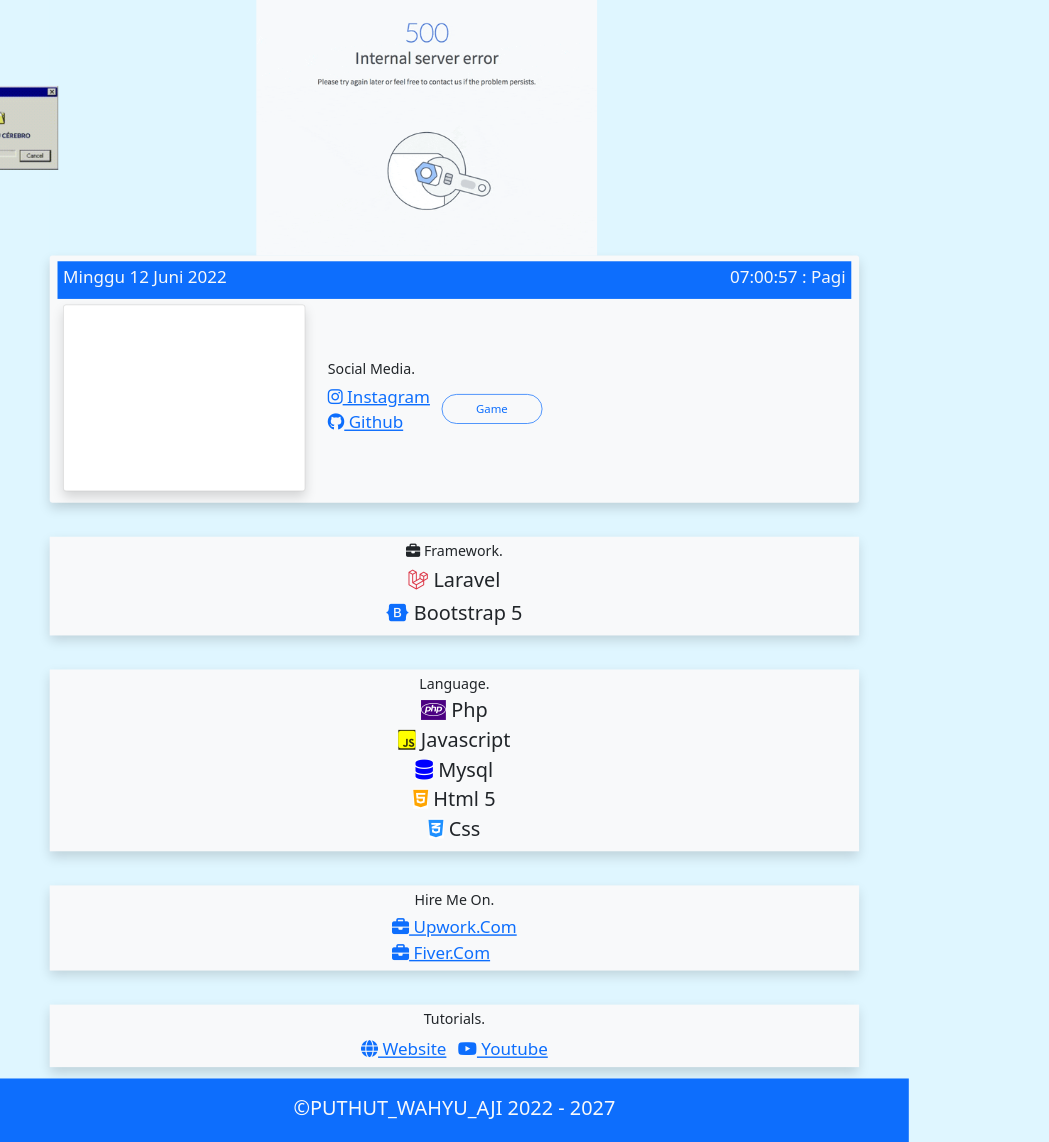
Repository: initer3737/initer3737.github.io
Page: index.html
The author's editor kept a copy of each file at every save. The page is drawn from the files as they stood at one save, then again after the next save.
The browser window is 1280 px wide. The page is 1477 px wide, so the pictures cover 1477 px, including what lies to the right of the window. The pictures show the whole page, at 71% of full size.
Pictures or frames that could not be fetched are drawn as grey boxes. Some web libraries are served in a nearby version.

Above is the page before, as saved 2022-06-12 07:47:14.

### index.html
<!DOCTYPE html>
<html lang="en">
<head>
    <meta charset="UTF-8">
    <meta http-equiv="X-UA-Compatible" content="IE=edge">
    <meta name="viewport" content="width=device-width, initial-scale=1.0">
    <title>puthut wahyu aji</title>
    <link href="https://cdn.jsdelivr.net/npm/bootstrap@5.0.2/dist/css/bootstrap.min.css" rel="stylesheet" integrity="sha384-EVSTQN3/azprG1Anm3QDgpJLIm9Nao0Yz1ztcQTwFspd3yD65VohhpuuCOmLASjC" crossorigin="anonymous">
    <script src="https://kit.fontawesome.com/7bb1ae10af.js" crossorigin="anonymous"></script>

    <link rel="stylesheet" href="css/style.css">
</head>
<body class="bg-1">
    <header class="container col-12 bg-1">
        <div class="col-12 col-md-6">
            <img src="img/giphy (1).gif" class="img-fluid col-12 col-md-6">
        </div>
        <div class="col-12 ">
            <img src="img/giphy.gif" class="img-fluid">
        </div>
    </header>
    <div class="container bg-light shadow rounded  d-flex flex-column gap-4 justify-content-center align-content-center align-items-center p-2">
        <div class="row d-flex align-content-center align-items-center">
            <div class="col-12">
               <div class="bg-primary text-capitalize d-flex justify-content-between">
                <p id="fulldate" class="h4 text-light p-2"></p>
                <p id="jam" class="h4 text-light p-2"></p>
               </div>
            </div>
            <div class="col-10 col-md-5 col-lg-4">
               <div class="card shadow m-2 p-1 position-relative">
                <video src="img/Earth - 4788.mp4" loop muted autoplay class="w-100 rounded-pill py-5 px-2"></video>
                <div class="filter2"></div>
               </div>
            </div>
            <div class="col-10 col-md-9 col-lg-8">
               <h5 class="text-capitalize">social media.</h5>
               <div class="d-flex flex-row align-content-center align-items-center gap-3">
                <div class="d-flex flex-column fs-4">
                    <a href="https://www.instagram.com/puthutwahyuaji/" target="_blank" class="text-capitalize"><i class="fa-brands fa-instagram"></i> instagram</a>
                    <!-- <a href="https://www.facebook.com/puthut.wahyuaji.94/" target="_blank" class="text-capitalize"><i class="fa-brands fa-facebook"></i> facebook</a>
                    <a href="https://twitter.com/puthut_wahkyu" target="_blank" class="text-capitalize"><i class="fa-brands fa-twitter"></i> twitter</a> -->
                    <!-- <a href="https://www.sololearn.com/profile/22926925" target="_blank" class="text-capitalize"><i class="fa-solid fa-globe"></i> sololearn</a> -->
                    <!-- <a href="https://www.duolingo.com/profile/PUTHUTWAHY" target="_blank" class="text-capitalize"><i class="fa-solid fa-globe"></i> duolingo</a> -->
                    <a href="https://github.com/initer3737" target="_blank" class="text-capitalize"><i class="fa-brands fa-github"></i> github</a>
                </div>
                <div class=""><a href="game.html" class="btn btn-outline-primary rounded-pill px-5 py-2">Game</a></div>
            </div>
            </div>
        </div>
    </div>
    <!-- https://www.fiverr.com/share/lYqN8j -->
    <div class="container bg-light shadow mt-5 d-flex flex-column gap-1 justify-content-center align-content-center align-items-center p-2">
        <h5><i class="fa-solid fa-briefcase"></i> framework.</h5>
            <h3><i class="fa-brands fa-laravel text-danger"></i> laravel</h3>
            <h3><i class="fa-brands fa-bootstrap text-primary"></i> bootstrap 5</h3>
        </div>
    </div>

    <div class="container bg-light shadow mt-5 d-flex flex-column  justify-content-center align-content-center align-items-center p-2">
        <h5>language.</h5>
            <h3><i class="fa-brands fa-php php"></i> php</h3>
            <h3><i class="fa-brands fa-js-square javascript"></i> javascript</h3>
            <h3><i class="fa-solid fa-database mysql"></i> mysql</h3>
            <h3><i class="fa-brands fa-html5 html"></i> html 5</h3>
            <h3><i class="fa-brands fa-css3-alt css"></i> css</h3>
        </div>

        <div class="container bg-light shadow mt-5 d-flex flex-column  justify-content-center align-content-center align-items-center p-2">
            <h5 class="capitalize">Hire me on.</h5>
            <div class="d-flex flex-column fs-4">
                <a href="https://www.upwork.com/workwith/puthutwahyuaji" target="_blank"><i class="fa-solid fa-briefcase"></i> upwork.com</a>
                <a href="https://www.fiverr.com/share/lYqN8j" target="_blank"><i class="fa-solid fa-briefcase"></i> fiver.com</a>
            </div>
            </div>

    </div>

    <div class="container bg-light shadow mt-5 d-flex flex-column gap-1 justify-content-center align-content-center align-items-center p-2">
        <h5>tutorials.</h5>
        <div class="fs-4 d-flex gap-3">
            <a href="https://initer3737.github.io/course/html/pages/course.html" target="_blank"><i class="fa-solid fa-globe"></i> website</a>
            <a href="https://www.youtube.com/channel/UClsfa0LkA3_YMsFjW1M__sw" target="_blank"><i class="fa-brands fa-youtube"></i> youtube</a>
        </div>
    </div>

    <footer class="bg-primary mt-3 p-4 text-light">
        <h3 class="text-center">&copy;PUTHUT_WAHYU_AJI <span id="year"></span></h3>
    </footer>
    <div class="modals-groups">
        <div class="modal fade" id="quotes">
            <div class="modal-dialog modal-dialog-centered">
                <div class="modal-content">
                    <div class="modal-header">
                        <h5 class="modal-title">message</h5>
                        <button class="btn-close" data-bs-dismiss="modal"></button>
                    </div>
                    <div class="modal-body">
                        <blockquote>"
                            manusia memiliki keinginan untuk menjadi kuat
                            sehingga lupa untuk menurunkan bakatnya pada
                            generasi selanjutnya lalu pada akhirnya mereka
                            tak mendapatkan apapun , tak akan ada yang
                            dapat mengingat namanya."
                        </blockquote> <hr>
                        <blockquote>
                            "kau tahu? , meski kau menghargai hidupmu,
                            orang lain begitu mudah menginjak-injaknya."
                            <p class="text-center">
                                -yorichi sugikuni
                            </p>
                        </blockquote>
                    </div>
                </div>
            </div>
        </div>
    </div>
    <script src="https://cdn.jsdelivr.net/npm/bootstrap@5.0.2/dist/js/bootstrap.bundle.min.js" integrity="sha384-MrcW6ZMFYlzcLA8Nl+NtUVF0sA7MsXsP1UyJoMp4YLEuNSfAP+JcXn/tWtIaxVXM" crossorigin="anonymous"></script>
</body>
</html>

<script>
    function Years() {
        $date=new Date();
        let t=document.getElementById('year');
        t.innerHTML=`${$date.getFullYear()} - ${$date.getFullYear()+5}`;
    }
    function Jam(){
        let T=document.getElementById('jam');
        let time=new Date();let hour;let minuets;let second;let statusTime;
        hour=validateTime(time.getHours());minuets=validateTime(time.getMinutes());second=validateTime(time.getSeconds());statusTime=()=>{
            if(hour > 00 &&hour < 11 ){
                status="pagi";
            }else if(hour >11 && hour < 15){
                status="siang";
            }else if(hour > 15 && hour < 18 ){
                status="sore";
            }else{
                status="malam";
            }

            return status;
        };
        T.innerHTML=`${hour}:${minuets}:${second} : ${statusTime()}`;
        setTimeout('Jam()',1000);
    }
    function Tanggal(){
        let t=document.getElementById("fulldate");
        let time=new Date();
        let hari;let bulan;let tanggal;let tahun;let hariAngka=time.getDate();
        tahun=time.getFullYear();bulan=time.getMonth();hari=time.getDay();
        let data={
            hari:["minggu","senin","selasa","rabu","kamis","jum'at","sabtu"],
            bulan:["januari","february","maret","april","mei","juni","juli","agustus","september","oktober","november","desember"]
        };
         t.innerHTML=`${data.hari[hari]}  ${hariAngka}  ${data.bulan[bulan]}  ${tahun}`;
    }
    const validateTime=(T)=>T<10 ?'0'+T:T;

    const initialize=()=>{
                Tanggal();
                Years();
                Jam();
            }

            initialize();
</script>

### css/style.css
*{
    text-transform: capitalize;
   cursor: url(https://ani.cursors-4u.net/cursors/cur-13/cur1162.ani), url(https://ani.cursors-4u.net/cursors/cur-13/cur1162.png), auto !important;
}
body{
    cursor: url('img/cursor.jpeg'),auto;
    /* background-color: #ddd; */
}
a:hover{
    transition:ease-in-out 0.5s;
    color: blueviolet;
    text-decoration: none;
}
.css{
    color: dodgerblue;
    background-color:white ;
}
.html{
    color: orange;
    background-color: white;
}
.mysql{
    background-color:white ;
    color: blue;
}
.javascript{
    background-color:rgb(51, 51, 9) ;
    color: yellow;
}
.php{
    background-color:indigo ;
    color: white;
}
header{
    /* height: 90vh; */
    display: flex;
    align-items: center;
    align-content: center;
    justify-content: center;
}
.filter{
    background-color: dodgerblue;
    opacity: 0.6;
    height: 100%;
    top: 0;
    width: 100%;
    position: absolute;
}
.text-container{
    z-index: 999;
}
.card:hover{
    /* border-color: dodgerblue; */
    background-color: dodgerblue;
    transform: perspective(12px);
    cursor: pointer;
}
.gambar{
    background-image: #000;
}

/*color pallete*/
.color-1{
    color:#DFF6FF;
}
.bg-1{
    background-color:#DFF6FF;
}

.color-2{
    color:#47B5FF;
}
.bg-2{
    background-color:#47B5FF;
}

.color-3{
    color:#1363DF;
}
.bg-3{
    background-color:#1363DF;
}

.color-4{
    color:#06283D;
}
.bg-4{
    background-color:#06283D;
}

After the next save:
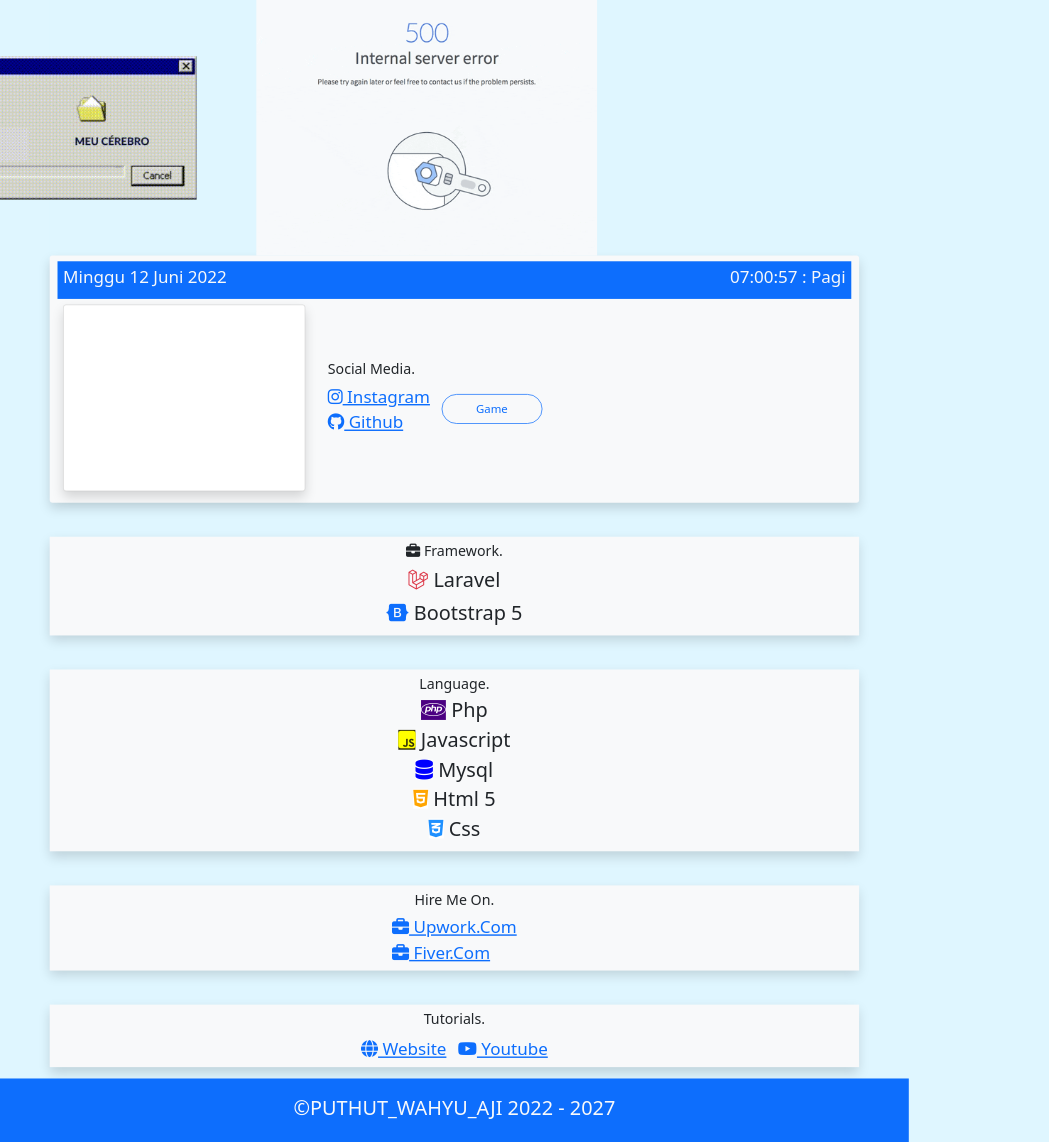
Saved 8 s later.
--- a/index.html
+++ b/index.html
@@ -13,7 +13,7 @@
 <body class="bg-1">
     <header class="container col-12 bg-1">
         <div class="col-12 col-md-6">
-            <img src="img/giphy (1).gif" class="img-fluid col-12 col-md-6">
+            <img src="img/giphy (1).gif" class="img-fluid">
         </div>
         <div class="col-12 ">
             <img src="img/giphy.gif" class="img-fluid">
